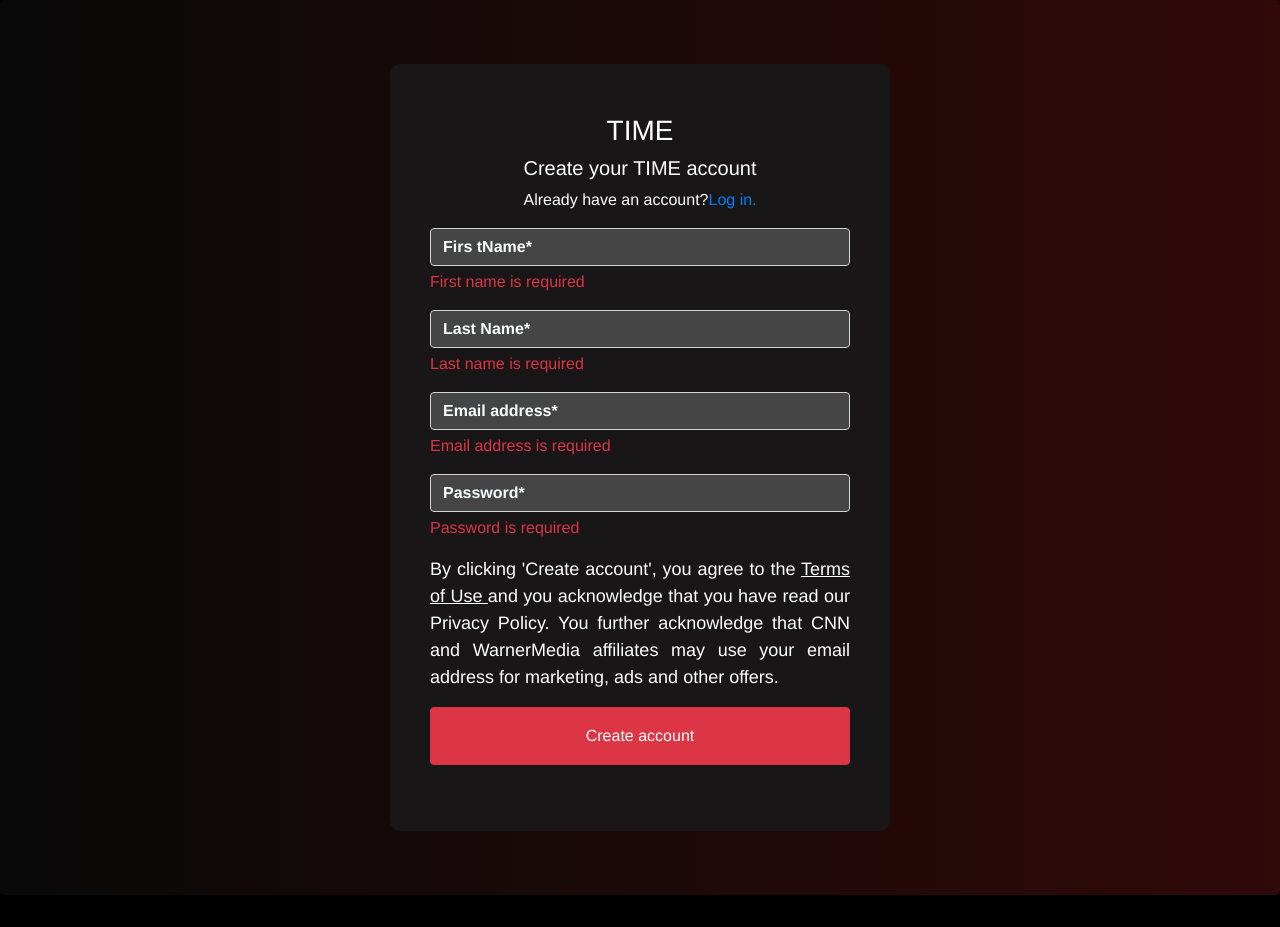
Repository: Vu14082002/WebTinTuc
Page: html/SignUp.html
The author's editor kept a copy of each file at every save. The page is drawn from the files as they stood at one save, then again after the next save.
The browser window is 1280 px wide. The pictures show the whole page.
Some web libraries are served in a nearby version.

Above is the page before, as saved 2022-04-09 14:13:39.

### html/SignUp.html
<!DOCTYPE html>
<html lang="en">
<head>
    <meta charset="UTF-8">
    <meta http-equiv="X-UA-Compatible" content="IE=edge">
    <meta name="viewport" content="width=device-width, initial-scale=1.0">
    <title>Create a TIME account | TIME</title>
    <link
    rel="stylesheet"
    href="https://pro.fontawesome.com/releases/v5.10.0/css/all.css"
    integrity="sha384-AYmEC3Yw5cVb3ZcuHtOA93w35dYTsvhLPVnYs9eStHfGJvOvKxVfELGroGkvsg+p"
    crossorigin="anonymous"
  />
    <script src="../bootstrap-4/js/jquery-3.6.0.min.js"></script>
    <script src="../bootstrap-4/js/bootstrap.min.js"></script>
    <link rel="stylesheet" href="../bootstrap-4/css/bootstrap.min.css">
    <link rel="stylesheet" href="../css/index_Footer.css">
    <link rel="stylesheet" href="../css/init.css">
    <link rel="stylesheet" href="../css/index_Header.css">
    <link rel="stylesheet" href="../css/login.css">
    <link rel="stylesheet" href="../css/login.css">
    <link rel="icon" href="../Image/logo.png" type="image/gif" sizes="16x16">
</head>
<body>
    <div class="container-fluid jumbotron">
        <div class="box text-center">
            <h3>TIME</h3>
            <h5>Create your TIME account</h5>
            <p>Already have an account?<a href="../html/login.html">Log in.</a></p>
            <div class="form-group ">
                <input type="text" id="FirstName" placeholder="Firs tName*  " class="form-control  text-light "  required >
                <p class="text-left mt-1">
                    <span id="checkEmail"  class="checkLogin text-left text-right mb-2 text-danger" >First name is required</span>
                </p>
                <input type="text" id="LasttName" placeholder="Last Name* " class="form-control  text-light "  required >
                <p class="text-left mt-1">
                    <span id="checkEmail"  class="checkLogin text-left text-right mb-2 text-danger" >Last name is required</span>
                </p>
                <input type="text" id="email" placeholder="Email address* " onchange="checkPass()" class="form-control  text-light "  required >
                <p class="text-left mt-1">
                    <span id="checkEmail"  class="checkLogin text-left text-right mb-2 text-danger" >Email address is required <span>
                </p>
                <input type="password" id="pass"  placeholder="Password*" class="form-control text-light"  required>
                <p class="text-left mt-1">
                    <span id="checkEmail"  class="checkLogin text-left text-right mb-2 text-danger" >Password is required <span>
                </p>
                <p class=" text-justify">
                    By clicking 'Create account', you agree to the <a  class="theA" href="../html/TermsOfuse.html">Terms of Use </a> and you acknowledge that you have read our
                    Privacy Policy. You further acknowledge that CNN and WarnerMedia affiliates may use your email address for marketing,
                    ads and other offers.
                </p>
                <a href="../html/login.html"><button type="button" class="btn btn-danger w-100 p-3">Create account</button>  </a>
            </div>

        </div>

    </div>
</body>
</html>

### css/index_Footer.css
footer {
    width: 100%;
    background-color: black;
}
.main{
    width: 85%;
    margin: 0 auto;
}
.main__top__search {
    padding-top: 60px;
    width: 100%;
}
.main__top__search >input {
    width: 100%;
    height: 35px;
    padding: 0 8px;
    border-radius: 3px ;
    outline: none;
}
.main__top__search1{
    display: flex;
    flex-direction: row-reverse;
    margin-top: -25px;
    margin-right: 10px;
    font-weight: bold;
    color: rgba(103, 85, 76,1);
    cursor: pointer;
}
.main__mid{
    margin: 35px 0px;
    margin-bottom: 40px;
}
.main__mid {
    display: flex;
    flex-wrap: wrap;
}
.main__mid > div {
    width: calc(100%/7);
    font-size: 14px;
    color: white;
    margin-bottom: 20px;

}
.main__mid > div  a {
    color: rgb(230 230 230);
    display: inline-block;
    margin-bottom: 8px;
}
.main__mid > div  > a {
    font-size: 16px;
    font-weight: 700;
    transition: 0.3s;
}
.main__mid > div  a:hover {
    text-decoration: underline;
    color: white;
}
.main__bottom {
    border-top: 1px solid rgb(230, 230, 230);
    display: flex;
    flex-direction: row-reverse;
    padding: 40px 0px;
}
.main__bottom > div > a, .main__bottom > div{
    width: 3%;
    max-width: 15%;
    margin: 5px;
    font-size: 25px;
    color: rgb(230, 230, 230)
}
.main__bottom > div >a :hover{
    color: white;
}
.main__bottom > div:last-child{
    font-weight: bold;
    font-size: 20px;
    text-align: center;
    width: 20%;
    margin-right: 10px;
    border-right: 1px solid rgb(230, 230, 230) ;
}

### css/init.css
* {
    font-family: Helvetica, Helvetica, Arial, sans-serif;
    box-sizing: border-box;
    list-style-type: none;
    margin: 0;
    padding: 0;
    text-decoration:  none;
  }

### css/index_Header.css
/* HEADER */
header{
    position: sticky; top: 0;
}
.gif {
  background-color: #262626;
  width: 100%;
  height: 300px;
  padding: 25px;
  text-align: center;
  margin-top: 0px;

}
 .gif > img {
    display: inline-block;
    margin: 0 auto;
}
header > section {
  border-bottom: 1px solid rgb(230 230 230);

  width: 100%;
  background-color: #0c0c0c;
  display: flex;
  height: 56px;
}
header > section > nav {
    display: flex;
    /* border-bottom: 1px solid white; */
    width: 85%;
    margin:0  auto ;

}
header > section > nav > ul:first-child{
    width: 80%;
    display: flex;
}
header > section > nav > ul:last-child{
    display: flex;
    flex-direction:  row-reverse;
    width: 20%;
}

header > section > nav> ul > li{
    max-width: 300px;
}
/* paddingMenu */
header > section > nav> ul> li:first-child{
    background: #CC0000;
    padding-bottom: 55px;
}
header > section > nav> ul > li > a {
    font-size: 16px;
    text-decoration:  none;
    display: block;
    padding: 18px;
    color: #e4dfd7;
}
header > section > nav> ul > li:first-child > a{
    color: white;
}
header > section > nav> ul > li > a:hover{
    color: white;
}

### css/login.css
body{
    background-color: black;
}
.container-fluid{
    background-image: linear-gradient(to right, #090909 , #300909);
    border-radius: none;
}
.box{
    width: 500px;
    margin: 0 auto;
    background-color: #181616;
    padding: 50px 40px;
        color: white;
    border-radius: 10px;
}
.box input[type="text"],.box input[type="password"]{
    background-color: #464546;
}
.checkLogin{
    color: rgb(207, 90, 90);
}
.box ::placeholder {
    font-weight: 700;
    color: #fafdfd;
    opacity: 1; /* Firefox */
}
.box  :-ms-input-placeholder { /* Internet Explorer 10-11 */
    color: #fafdfd;
}
.box ::-ms-input-placeholder { /* Microsoft Edge */
    color: #fafdfd;
}
.box input:focus{
    color: #fafdfd;
}
.search{
    margin-top: -3px;
}
button > a{
    text-decoration: none;
    color: white;
}
.theA{
    color: white;
    text-decoration:underline;
}
.theA:hover{
    color: #d7d8d8;
}
.text-justify{
    font-size: 18px;
}

Loaded but not shown: bootstrap-4/js/jquery-3.6.0.min.js (library); bootstrap-4/js/bootstrap.min.js (library); bootstrap-4/css/bootstrap.min.css (library)

After the next save:
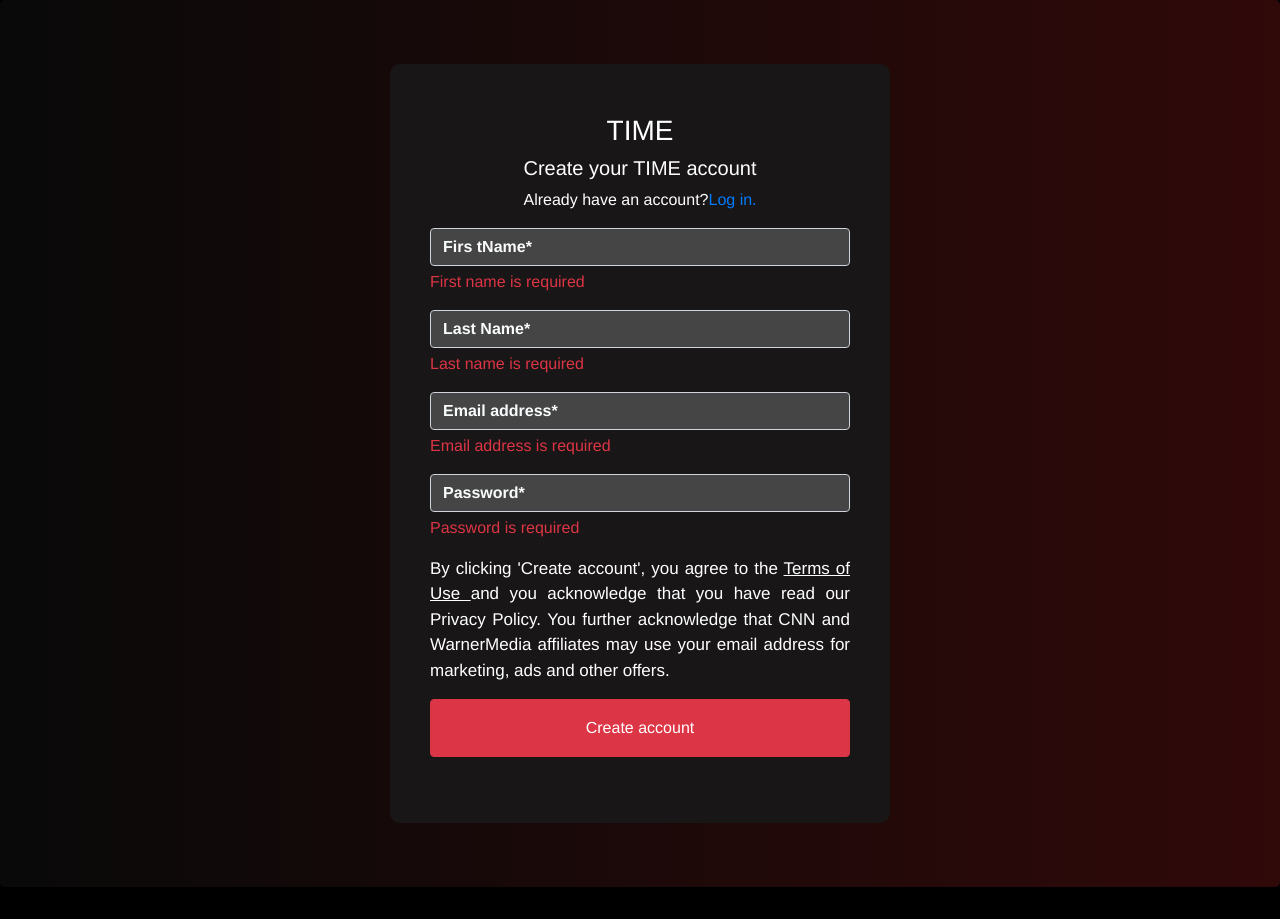
Saved 4 s later.
--- a/css/login.css
+++ b/css/login.css
@@ -48,5 +48,5 @@
     color: #d7d8d8;
 }
 .text-justify{
-    font-size: 18px;
+    font-size: 17px;
 }
